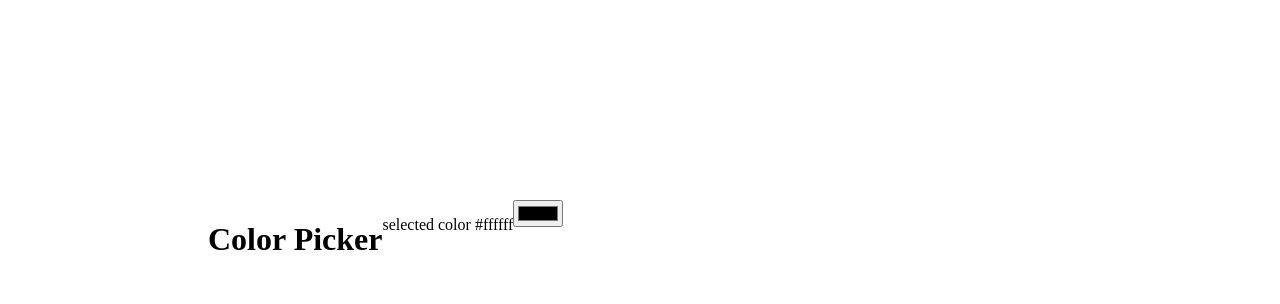
Repository: wakoya-tech/color-picker
Page: /
These files come from the project's save history. The page is drawn as it stood at one moment and after the next save; the edit follows.
The browser window is 1280 px wide. The pictures show the whole page.
The project was rebuilt for these pictures with package versions that can differ from the ones it lists, and the page was loaded fresh each time. Also part of the build but not shown: vite.config.js, src/index.css.

Above is the page before, as saved 2025-10-16 20:42:47.

After the next save:
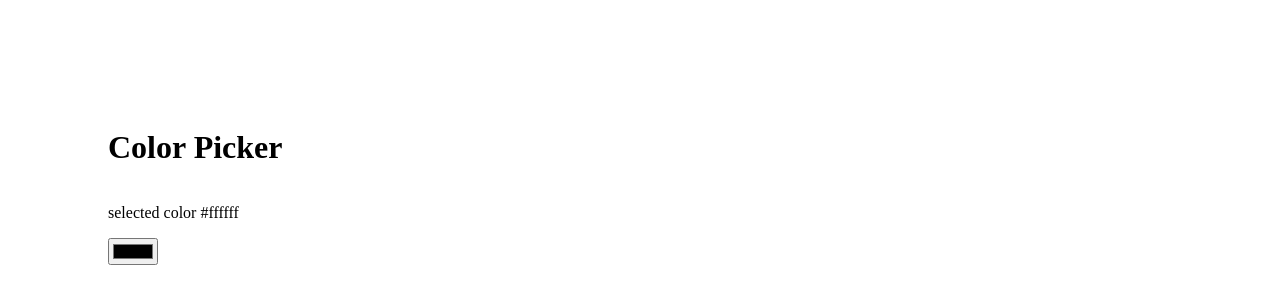
Saved 34 s later.
--- a/src/App.css
+++ b/src/App.css
@@ -3,6 +3,6 @@ body{
 }
 .color-picker-container{
   display: flex;
-  margin: 100px;
+flex-direction: column;
   padding: 100px 50px 50px 100px;
 }
